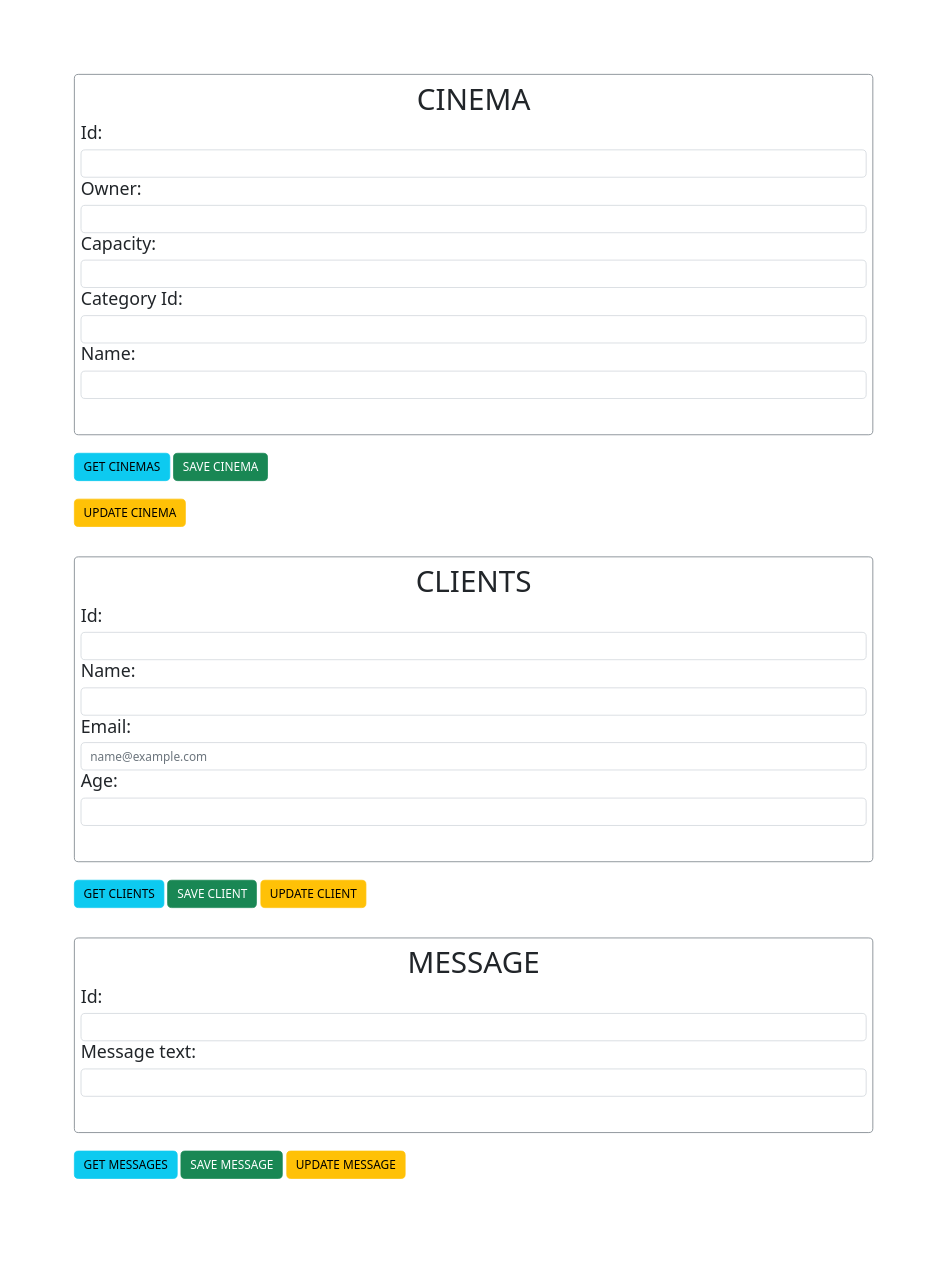
Repository: almendezl/MisionTIC
Page: index.html
An editor plug-in stored every save of this project. The page is shown before and after the next save, followed by the edit.
The browser window is 1280 px wide. The pictures show the whole page, at 74% of full size.

Above is the page before, as saved 2022-10-02 16:10:03.

### index.html
<html lang="en">
<head>
    <meta charset="UTF-8">
    <meta http-equiv="X-UA-Compatible" content="IE=edge">
    <meta name="viewport" content="width=device-width, initial-scale=1.0">
    <link rel="stylesheet" href="styles.css">
    <title>MISION TIC 2022 RETO 2</title>
</head>
<!-- add jquery api -->
<script src="https://ajax.googleapis.com/ajax/libs/jquery/3.6.1/jquery.min.js"></script>
<!-- add bootstrap -->
<link href="https://cdn.jsdelivr.net/npm/bootstrap@5.2.1/dist/css/bootstrap.min.css" rel="stylesheet" integrity="sha384-iYQeCzEYFbKjA/T2uDLTpkwGzCiq6soy8tYaI1GyVh/UjpbCx/TYkiZhlZB6+fzT" crossorigin="anonymous">
<!-- add the file with the script -->
<script type="text/javascript" src="myScript.js"></script>
<body>
    <!-- cinema front -->
    <div class=" p-2 rounded border border-secondary" >
        <h1 class="text-center">CINEMA</h1>
        <form action="">
            <div class="form-group">
                <h4 class="label label-default" >Id: </h4>
                <input  class="form-control" type="number" id="cinemaId">
            </div>

            <div class="form-group">
                <h4 class="label label-default" >Owner: </h4>
                <input class="form-control" type="text" id="cinemaOwner">
            </div>

            <div class="form-group">
                <h4 class="label label-default" >Capacity: </h4>
                <input class="form-control" type="number" id="cinemaCapacity" >
            </div>

            <div class="form-group">
                <h4 class="label label-default" >Category Id: </h4>
                <input class="form-control" type="number" id="cinemaCategory">
            </div>

            <div class="form-group">
                <h4 class="label label-default" >Name: </h4>
                <input class="form-control" type="text" id="cinemaName"><br>
            </div>

        </form>
    </div>
    <br>
    <div id="cinemaAlert">

    </div>

    <button class="btn btn-info" onclick="getCinemas()">GET CINEMAS</button>

    <button class="btn btn-success" onclick="setCinema()">SAVE CINEMA</button><br>

    <div id="editCinema">
        <br>

    </div>
    <button class="btn btn-warning" onclick="updateCinema()">UPDATE CINEMA</button><br><br>


    <table class="table table-striped" id="cinemasList">


    </table>

    <!-- Clients front  -->
    <div class=" p-2 rounded border border-secondary" >
    <h1 class="text-center">CLIENTS</h1>
        <form action="">
            <div class="form-group">
                <h4 class="label label-default" >Id: </h4>
                <input class="form-control" type="number" id="clientId">
            </div>

            <div class="form-group">
                <h4 class="label label-default" >Name: </h4>
                <input class="form-control" type="text" id="clientName">
            </div>

            <div class="form-group">
                <h4 class="label label-default" >Email: </h4>
                <input class="form-control" type="text" id="clientEmail" placeholder="name@example.com">
            </div>

            <div class="form-group">
                <h4 class="label label-default" >Age: </h4>
                <input class="form-control" type="number" id="clientAge"><br>
            </div>

        </form>
    </div>
    <br>

    <div id="clientAlert">

    </div>



    <button class="btn btn-info" onclick="getClients()">GET CLIENTS</button>

    <button class="btn btn-success" onclick="setClient()">SAVE CLIENT</button>

    <button class="btn btn-warning" onclick="updateClient()">UPDATE CLIENT</button><br><br>


    <table class="table table-striped" id="clientsList">


    </table>

    <!-- Message front  -->
    <div class=" p-2 rounded border border-secondary" >
        <h1 class="text-center">MESSAGE</h1>

        <form action="" >
            <div class="form-group">
                <h4 class="label label-default" >Id: </h4>
                <input class="form-control" type="number" id="messageId">
            </div>

            <div class="form-group">
                <h4 class="label label-default" >Message text: </h4>
                <input class="form-control" type="text" id="messageText"><br>
            </div>


        </form>
    </div>
    <br>

    <div id="messageAlert">

    </div>



    <button class="btn btn-info" onclick="getMessages()">GET MESSAGES</button>

    <button class="btn btn-success" onclick="setMessage()">SAVE MESSAGE</button>

    <button class="btn btn-warning" onclick="updateMessage()">UPDATE MESSAGE</button><br><br>


    <table class="table table-striped" id="messagesList">


    </table>

</body>
</html>

### styles.css
body {

    padding: 100px 100px;
  }

### myScript.js
let urlCinema = "https://gbc0751b79176df-fy68ude9ajgxmklv.adb.us-ashburn-1.oraclecloudapps.com/ords/admin/cinema/cinema";
let urlClient = "https://gbc0751b79176df-fy68ude9ajgxmklv.adb.us-ashburn-1.oraclecloudapps.com/ords/admin/client/client";
let urlMessage = "https://gbc0751b79176df-fy68ude9ajgxmklv.adb.us-ashburn-1.oraclecloudapps.com/ords/admin/message/message";


/**
 * ----------------CINEMAS ---------------------
 */
function getCinemas(){

    $.ajax({
        url:  urlCinema,
        type: 'GET',
        dataType: 'json',

        success: function(cinemas){
            console.log(cinemas);
            let cs= cinemas.items;
            //$('#clientsList').append("<h2>Clients List</h2>");
            $('#cinemasList').empty();
            $("#editCinema").empty();
            $("#editCinema").append("<br>");
            if(cs.length > 0){

                $('#cinemasList').append("<thead><tr><th scope='col'>Id</th><th scope='col'>Owner</th><th scope='col'>Capacity</th><th scope='col'>Category Id</th> <th scope='col'>Name</th><th scope='col'>Options</th></tr></thead><tbody></tbody>");
                for(i = 0; i<cs.length; i++){

                    $('#cinemasList').append("<tr><th scope='row'>"+cs[i].id+"</th><td>"+cs[i].owner+"</td><td>"+cs[i].capacity+"</td><td>"+cs[i].category_id+"</td><td>"+cs[i].name+"</td><td>"+"<button class='btn btn-secondary' onclick='editCinema("+JSON.stringify(cs[i])+")'>EDIT</button> <button class='btn btn-danger' onclick='deleteCinema("+cs[i].id+")'>DELETE</button></td></tr>");

                }
            }else{
                $('#cinemasList').append("<h4 class='text-center'>No entries</h4>");
            }

        },
        error: function(xhr, status){
            alert("A problem has occurred");
        },
        complete: function(xhr, status){
            //alert("Request made");
        }
    });

}
function editCinema(item){
    $("#editCinema").append(" <div class=' p-2 rounded border border-secondary' ><form action=''><div class='form-group'><h4 class='label label-default' >Id: </h4><input disabled class='form-control' type='number' id='cinemaIdEdit'></div><div class='form-group'><h4 class='label label-default' >Owner: </h4><input class='form-control' type='text' id='cinemaOwnerEdit'></div><div class='form-group'><h4 class='label label-default' >Capacity: </h4><input class='form-control' type='number' id='cinemaCapacityEdit' ></div><div class='form-group'><h4 class='label label-default' >Category Id: </h4><input class='form-control' type='number' id='cinemaCategoryEdit'></div><div class='form-group'><h4 class='label label-default' >Name: </h4><input class='form-control' type='text' id='cinemaNameEdit'><br></div></form></div>");
    console.log(item);
    $("#cinemaIdEdit").val(item.id);
    $("#cinemaOwnerEdit").val(item.owner);
    $("#cinemaCapacityEdit").val(item.capacity);
    $("#cinemaCategoryEdit").val(item.category_id);
    $("#cinemaNameEdit").val(item.name);


}

function setCinema(){

    let id = $("#cinemaId").val();
    let owner = $("#cinemaOwner").val();
    let capacity = $("#cinemaCapacity").val();
    let category = $("#cinemaCategory").val();
    let name = $("#cinemaName").val();

    $("#cinemaAlert").empty();
    if (id != "" && owner != "" && capacity != "" && category != "" && name != ""){
        let data = {
            id: id,
            owner: owner,
            capacity: capacity,
            category_id: category,
            name: name

        };

        let dataToSend = JSON.stringify(data);

        console.log(dataToSend);

        $.ajax({
            url: urlCinema,
            type: 'POST',
            //dataType: 'json',
            data: dataToSend,
             contentType: "application/json",

            success: function(json){
                console.log(json);
                //Clean the inputs
                $("#cinemaId").val('');
                $("#cinemaOwner").val('');
                $("#cinemaCapacity").val('');
                $("#cinemaCategory").val('');
                $("#cinemaName").val('');
                getCinemas();
            },
            error: function(xhr, status){
                //alert("A problem has occurred");

            },
            complete: function(xhr, status){
                //alert("Request made");

            }
        });

    }else{
        $("#cinemaAlert").append("<div class='alert alert-danger' role='alert'>There can be no empty fields!</div>");
    }



}

function updateCinema(){
    let id = $("#cinemaId").val();
    let owner = $("#cinemaOwner").val();
    let capacity = $("#cinemaCapacity").val();
    let category = $("#cinemaCategory").val();
    let name = $("#cinemaName").val();

    let data = {
        id: id,
        owner: owner,
        capacity: capacity,
        category_id: category,
        name: name

    };

    let dataToSend = JSON.stringify(data);

    console.log(dataToSend);

    $.ajax({
        url: urlCinema,
        type: 'PUT',
        //dataType: 'json',
        data: dataToSend,
        contentType: "application/json",

        success: function(json){
            console.log(json);
            //Clean the inputs
            $("#cinemaId").val('');
            $("#cinemaOwner").val('');
            $("#cinemaCapacity").val('');
            $("#cinemaCategory").val('');
            $("#cinemaName").val('');
            getCinemas();
        },
        error: function(xhr, status){
            //alert("A problem has occurred");

        },
        complete: function(xhr, status){
            //alert("Request made");

        }
    });
}

function deleteCinema(cinemaId){


    let data = {
        id: cinemaId

    };

    let dataToSend = JSON.stringify(data);

    console.log(dataToSend);

    $.ajax({
        url: urlCinema,
        type: 'DELETE',
        //dataType: 'json',
        data: dataToSend,
        contentType: "application/json",

        success: function(json){
            console.log(json);
            //Clean the inputs
            $("#cinemaId").val('');
            $("#cinemaOwner").val('');
            $("#cinemaCapacity").val('');
            $("#cinemaCategory").val('');
            $("#cinemaName").val('');
            getCinemas();
        },
        error: function(xhr, status){
            //alert("A problem has occurred");

        },
        complete: function(xhr, status){
            //alert("Request made");

        }
    });
}

/**
 * ----------------CLIENTS ---------------------
 */

function getClients(){

    $.ajax({
        url: urlClient,
        type: 'GET',
        dataType: 'json',

        success: function(clients){
            console.log(clients);
            let cs= clients.items;
            //$('#clientsList').append("<h2>Clients List</h2>");
            $('#clientsList').empty();
            if(cs.length > 0){
                $('#clientsList').append("<thead><tr><th scope='col'>Id</th><th scope='col'>Name</th><th scope='col'>Email</th><th scope='col'>Age</th> <th scope='col'>Option</th></tr></thead><tbody></tbody>");
                for(i = 0; i<cs.length; i++){
                    //$('#clientsList').append("<b>"+cs[i].id+" "+cs[i].name+" </b> "+cs[i].email+"   <button class='btn btn-danger'    onclick='deleteClient("+cs[i].id+")'>DELETE</button>"+"<br>");
                    $('#clientsList').append("<tr><th scope='row'>"+cs[i].id+"</th><td>"+cs[i].name+"</td><td>"+cs[i].email+"</td><td>" +cs[i].age+"</td><td>"+"<button class='btn btn-danger' onclick='deleteClient("+cs[i].id+")'>DELETE</button></td></   tr>");

                }
            }else{
                $('#clientsList').append("<h4 class='text-center'>No entries</h4>");
            }

        },
        error: function(xhr, status){
            alert("A problem has occurred");
        },
        complete: function(xhr, status){
            //alert("Request made");
        }
    });

}

function setClient(){

    let clientId = $("#clientId").val();
    let clientName = $("#clientName").val();
    let clientEmail = $("#clientEmail").val();
    let clientAge = $("#clientAge").val();
    $("#clientAlert").empty();

    if(clientId != '' && clientName != '' && clientEmail != '' && clientAge != '' ){
        let data = {
            id: clientId,
            name: clientName,
            email: clientEmail,
            age: clientAge

        };

        let dataToSend = JSON.stringify(data);

        console.log(dataToSend);

        $.ajax({
            url: urlClient,
            type: 'POST',
            //dataType: 'json',
            data: dataToSend,
             contentType: "application/json",

            success: function(json){
                console.log(json);
                //Clean the inputs
                $("#clientId").val('');
                $("#clientName").val('');
                $("#clientEmail").val('');
                $("#clientAge").val('');
                getClients();
            },
            error: function(xhr, status){
                //alert("A problem has occurred");

            },
            complete: function(xhr, status){
                //alert("Request made");

            }
        });
    } else{
        $("#clientAlert").append("<div class='alert alert-danger' role='alert'>There can be no empty fields!</div>");
    }





}

function updateClient(){
    let clientId = $("#clientId").val();
    let clientName = $("#clientName").val();
    let clientEmail = $("#clientEmail").val();
    let clientAge = $("#clientAge").val();

    let data = {
        id: clientId,
        name: clientName,
        email: clientEmail,
        age: clientAge

    };

    let dataToSend = JSON.stringify(data);

    console.log(dataToSend);

    $.ajax({
        url:urlClient,
        type: 'PUT',
        //dataType: 'json',
        data: dataToSend,
        contentType: "application/json",

        success: function(json){
            console.log(json);
            //Clean the inputs
            $("#clientId").val('');
            $("#clientName").val('');
            $("#clientEmail").val('');
            $("#clientAge").val('');
            getClients();
        },
        error: function(xhr, status){
            //alert("A problem has occurred");

        },
        complete: function(xhr, status){
            //alert("Request made");

        }
    });
}

function deleteClient(clientId){


    let data = {
        id: clientId

    };

    let dataToSend = JSON.stringify(data);

    console.log(dataToSend);

    $.ajax({
        url:urlClient,
        type: 'DELETE',
        //dataType: 'json',
        data: dataToSend,
        contentType: "application/json",

        success: function(json){
            console.log(json);
            //Clean the inputs
            $("#clientId").val('');
            $("#clientName").val('');
            $("#clientEmail").val('');
            $("#clientAge").val('');
            getClients();
        },
        error: function(xhr, status){
            //alert("A problem has occurred");

        },
        complete: function(xhr, status){
            //alert("Request made");

        }
    });
}

/**
 * ----------------MESSAGE ---------------------
 */

 function getMessages(){

    $.ajax({
        url: urlMessage,
        type: 'GET',
        dataType: 'json',

        success: function(clients){
            console.log(clients);
            let cs= clients.items;
            //$('#clientsList').append("<h2>Clients List</h2>");
            $('#messagesList').empty();
           if(cs.length > 0){
                $('#messagesList').append("<thead><tr><th scope='col'>Id</th><th scope='col'>Message text</th><th scope='col'>Option</th></tr></thead><tbody></tbody>");
                 for(i = 0; i<cs.length; i++){

                     $('#messagesList').append("<tr><th scope='row'>"+cs[i].id+"</th><td>"+cs[i].messagetext+"</td><td>"+"<button       class='btn btn-danger' onclick='deleteMessage("+cs[i].id+")'>DELETE</button></td></tr>");

                 }
           }else{
            $('#messagesList').append("<h4 class='text-center'>No entries</h4>");
           }

        },
        error: function(xhr, status){
            alert("A problem has occurred");
        },
        complete: function(xhr, status){
            //alert("Request made");
        }
    });

}

function setMessage(){
    let id = $("#messageId").val();
    let messageText = $("#messageText").val();
    $("#messageAlert").empty();

    if(id != '' && messageText != ''){
        let data = {
            id: id,
            messagetext: messageText,

        };

        let dataToSend = JSON.stringify(data);

        console.log(dataToSend);

        $.ajax({
            url: urlMessage,
            type: 'POST',
            //dataType: 'json',
            data: dataToSend,
             contentType: "application/json",

            success: function(json){
                console.log(json);
                //Clean the inputs
                $("#messageId").val('');
                $("#messageText").val('');
                getMessages();
            },
            error: function(xhr, status){
                //alert("A problem has occurred");

            },
            complete: function(xhr, status){
                //alert("Request made");

            }
        });

    } else{
        $("#messageAlert").append("<div class='alert alert-danger' role='alert'>There can be no empty fields!</div>");
    }




}

function updateMessage(){
    let id = $("#messageId").val();
    let messageText = $("#messageText").val();

    let data = {
        id: id,
        messagetext: messageText,

    };

    let dataToSend = JSON.stringify(data);

    console.log(dataToSend);

    $.ajax({
        url:urlMessage,
        type: 'PUT',
        //dataType: 'json',
        data: dataToSend,
        contentType: "application/json",

        success: function(json){
            console.log(json);
            //Clean the inputs
            $("#messageId").val('');
            $("#messageText").val('');
            getMessages();
        },
        error: function(xhr, status){
            //alert("A problem has occurred");

        },
        complete: function(xhr, status){
            //alert("Request made");

        }
    });
}

function deleteMessage(messageId){


    let data = {
        id: messageId

    };

    let dataToSend = JSON.stringify(data);

    console.log(dataToSend);

    $.ajax({
        url:urlMessage,
        type: 'DELETE',
        //dataType: 'json',
        data: dataToSend,
        contentType: "application/json",

        success: function(json){
            console.log(json);
            //Clean the inputs
            $("#messageId").val('');
            $("#messageText").val('');
            getMessages();
        },
        error: function(xhr, status){
            //alert("A problem has occurred");

        },
        complete: function(xhr, status){
            //alert("Request made");

        }
    });
}

After the next save:
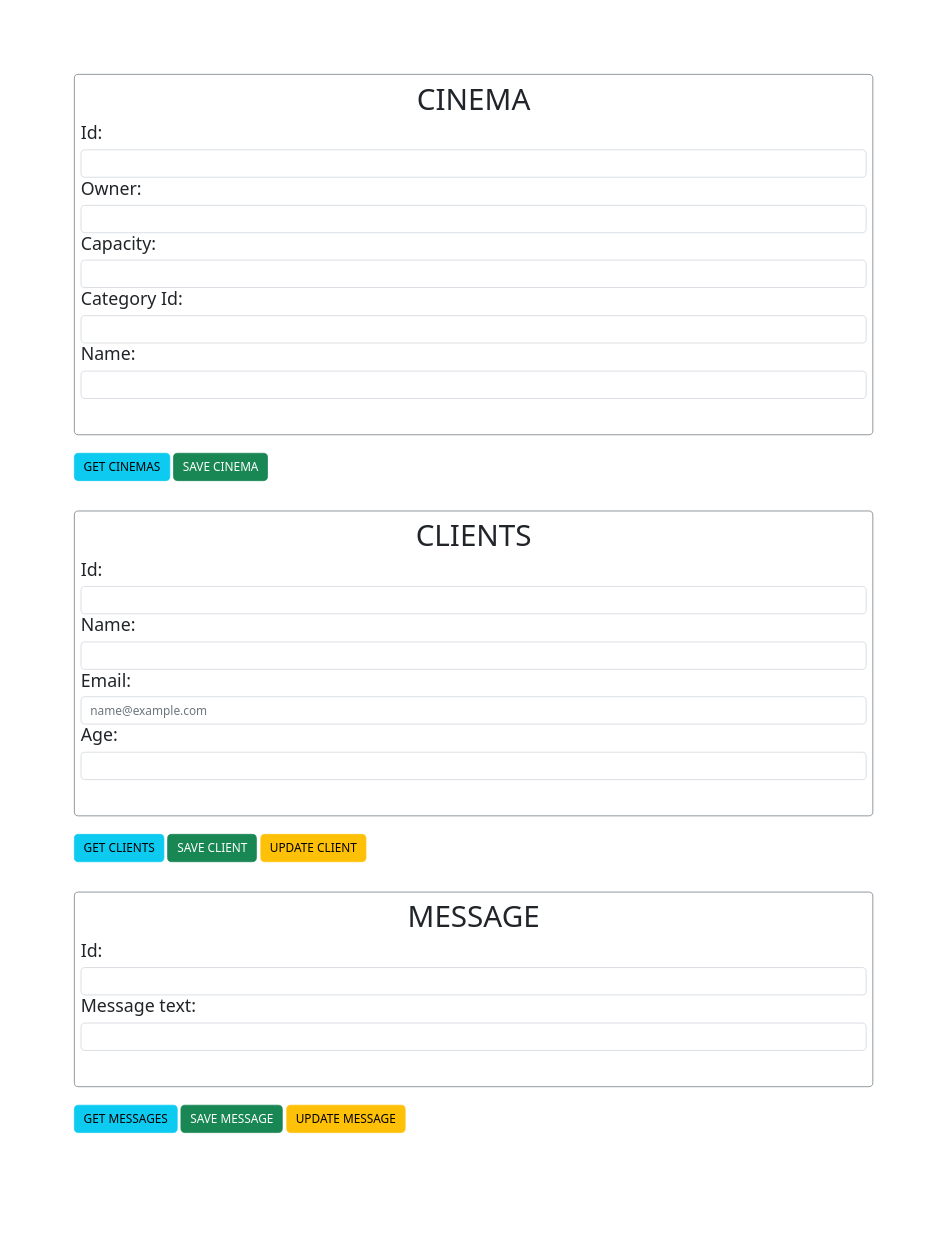
Saved 39 s later.
--- a/index.html
+++ b/index.html
@@ -57,7 +57,7 @@
         <br>
 
     </div>
-    <button class="btn btn-warning" onclick="updateCinema()">UPDATE CINEMA</button><br><br>
+
 
 
     <table class="table table-striped" id="cinemasList">
